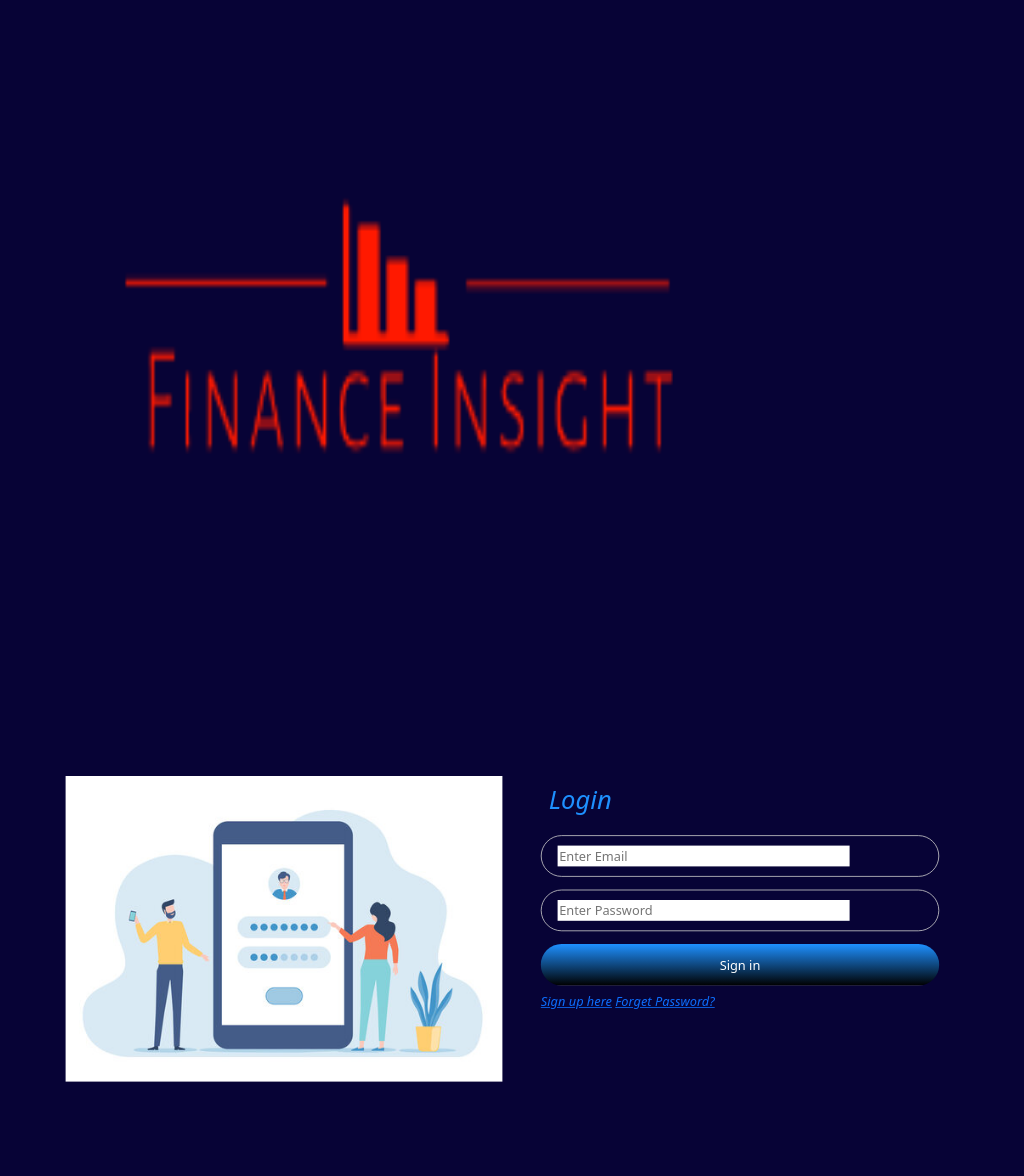
Repository: Sadia-Naveed-Shaikh/JavaScript-Website
Page: src/login.html
An editor plug-in stored every save of this project. The page is shown before and after the next save, followed by the edit.
The browser window is 1280 px wide. The pictures show the whole page, at 80% of full size.
Some icons come from a web library that is not loaded, so they are not drawn.

Above is the page before, as saved 2021-10-30 18:54:16.

After the next save:
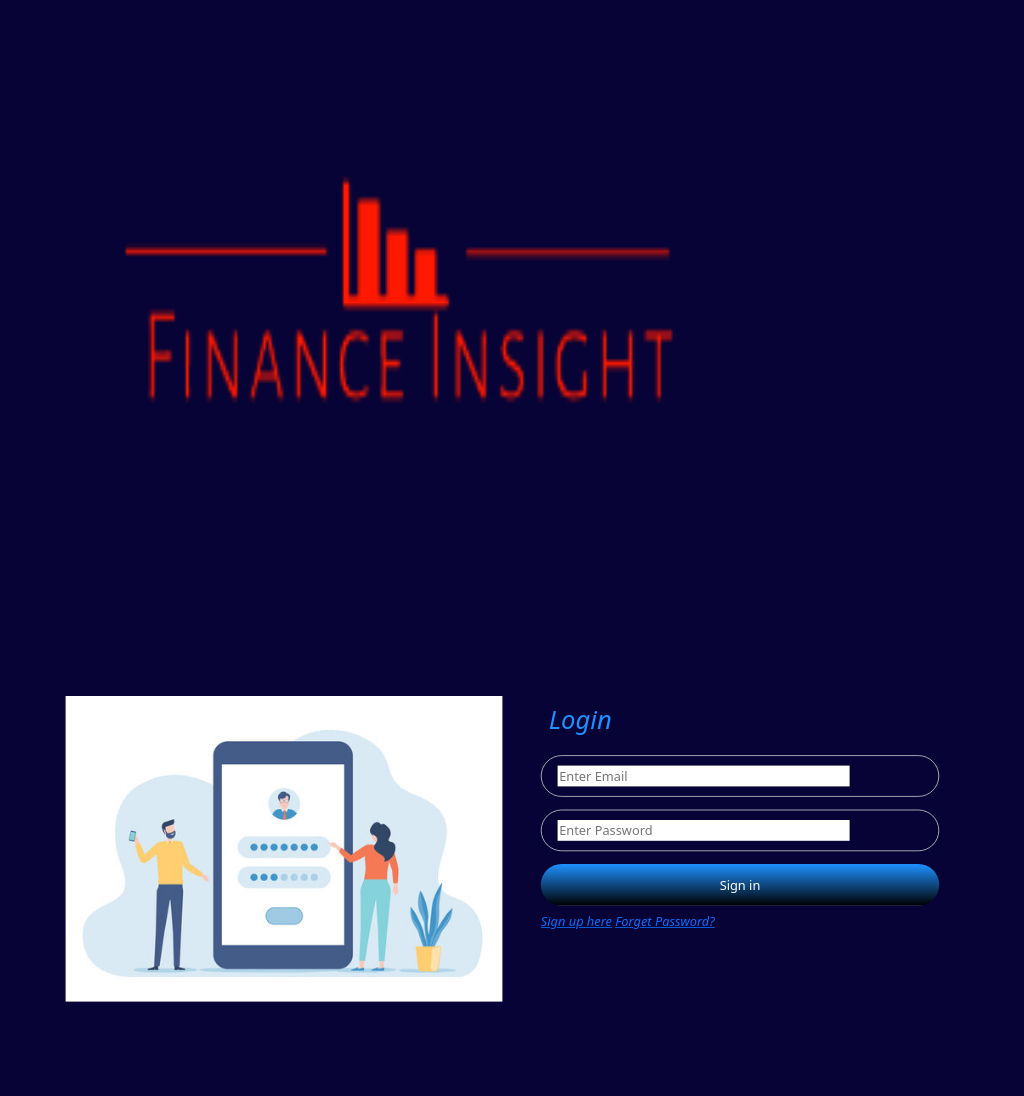
Saved 7 s later.
--- a/src/login.html
+++ b/src/login.html
@@ -129,7 +129,7 @@
 <body style="background-color: #070336;">
     <div class="container" style="background-color: #070336;">
         <div class="row">
-            <img src="/assets/images/Logo.PNG" style="width: 900px;height: 900px;">
+            <img src="/assets/images/Logo.PNG" style="width: 900px;height: 800px;">
 
         </div>
         <div class="row" style="height:500px; margin-top: 70px;" >
